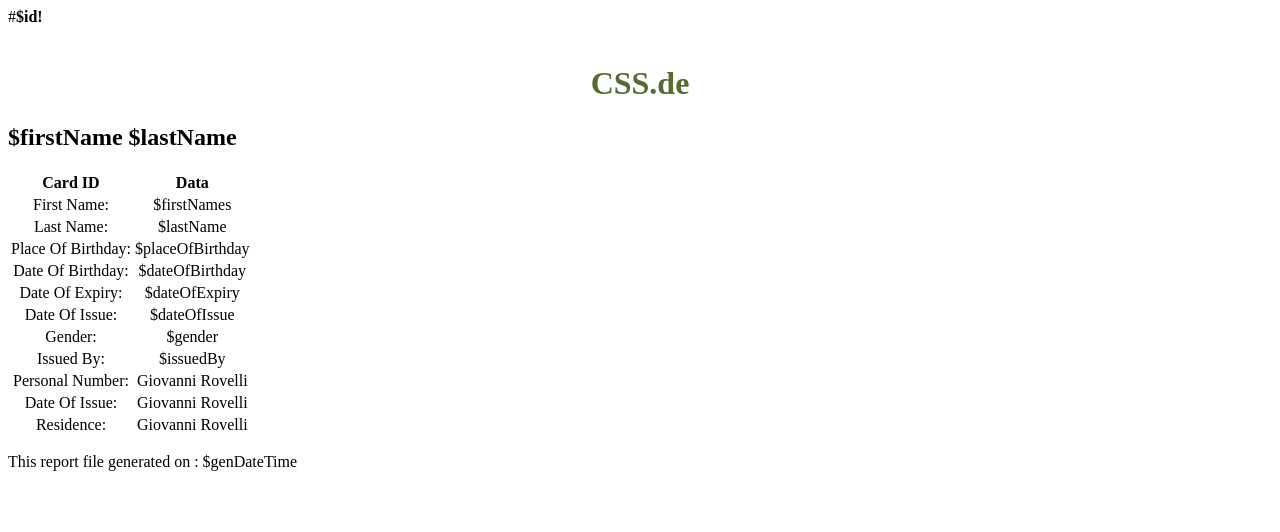
Repository: Len2/Topic4
Page: src/main/resources/templates/PDF_template.html
These files come from the project's save history. The page is drawn as it stood at one moment and after the next save; the edit follows.
The browser window is 1280 px wide. The pictures show the whole page.

Above is the page before, as saved 2020-09-07 11:20:33.

After the next save:
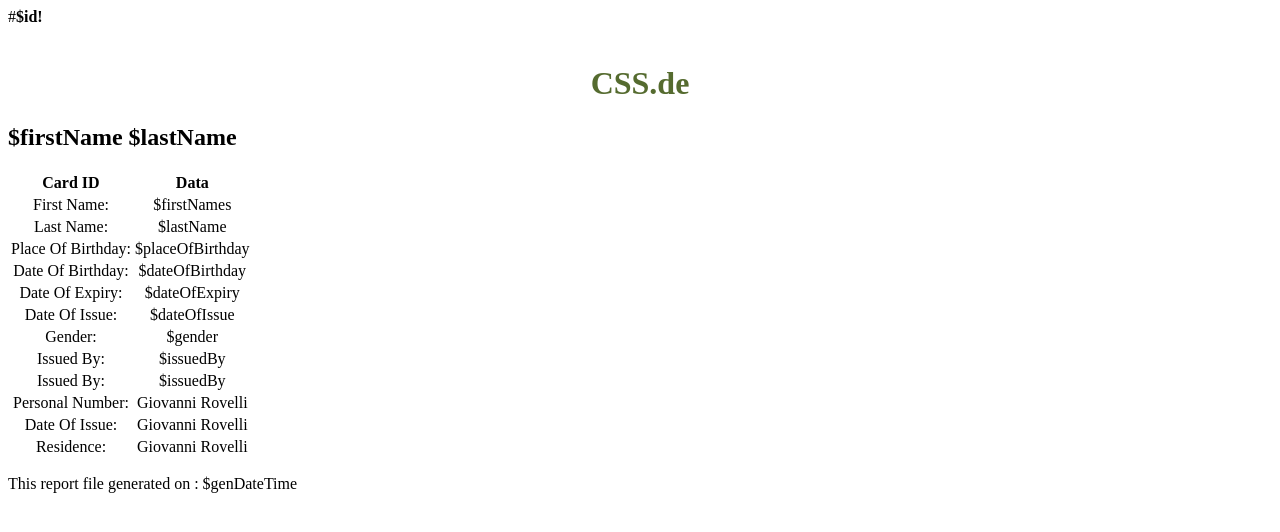
Saved 42 s later.
--- a/src/main/resources/templates/PDF_template.html
+++ b/src/main/resources/templates/PDF_template.html
@@ -50,6 +50,10 @@
           <td>$issuedBy</td>
         </tr>
         <tr>
+            <td>Issued By:</td>
+            <td>$issuedBy</td>
+          </tr>
+        <tr>
           <td>Personal Number:</td>
           <td>Giovanni Rovelli</td>
         </tr>
